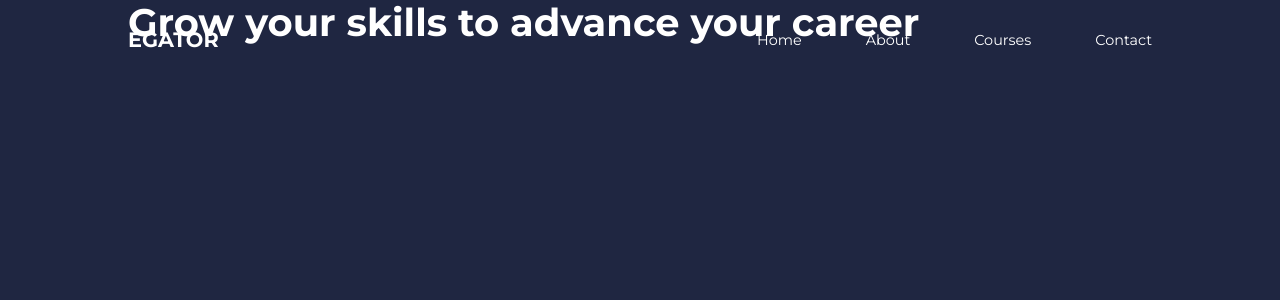
Repository: QUANGTHAI2003/education-web
Page: index.html
The author's editor kept a copy of each file at every save. The page is drawn from the files as they stood at one save, then again after the next save.
The browser window is 1280 px wide. The pictures show the whole page.

Above is the page before, as saved 2022-03-10 22:11:52.

After the next save:
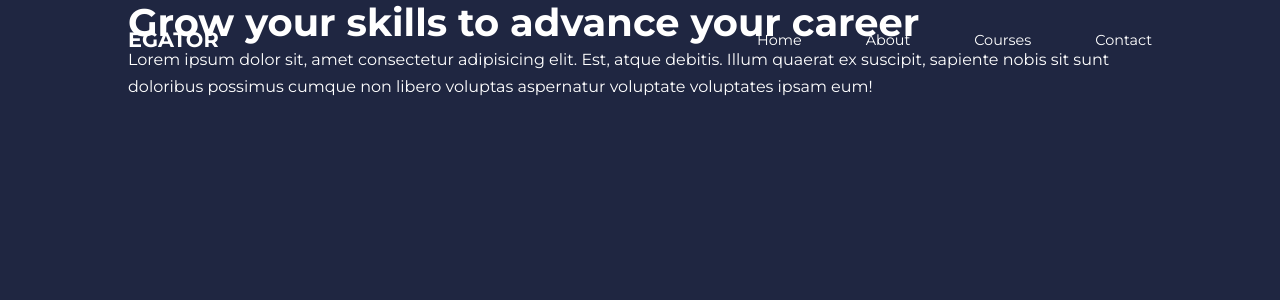
Saved 28 s later.
--- a/index.html
+++ b/index.html
@@ -44,6 +44,13 @@
             <div class="container header__container">
                 <div class="header__left">
                     <h1>Grow your skills to advance your career</h1>
+                    <p>
+                        Lorem ipsum dolor sit, amet consectetur adipisicing
+                        elit. Est, atque debitis. Illum quaerat ex suscipit,
+                        sapiente nobis sit sunt doloribus possimus cumque non
+                        libero voluptas aspernatur voluptate voluptates ipsam
+                        eum!
+                    </p>
                 </div>
             </div>
         </header>
